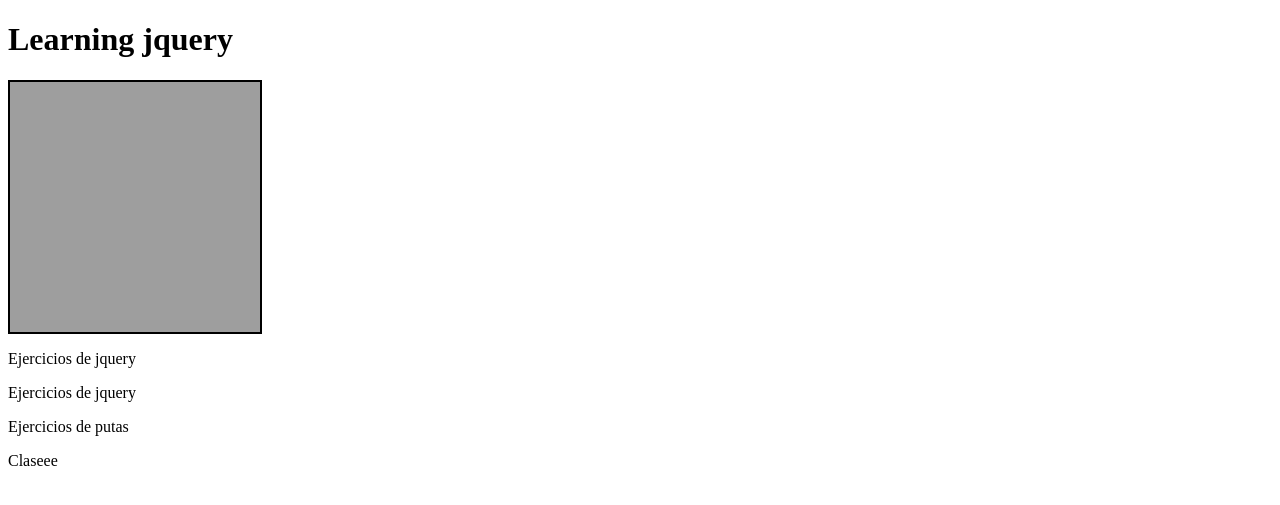
Repository: gitmadacode/practica_javascript
Page: Inicio/jquery/eventos.html
The author's editor kept a copy of each file at every save. The page is drawn from the files as they stood at one save, then again after the next save.
The browser window is 1280 px wide. The pictures show the whole page.
Pictures or frames that could not be fetched are drawn as grey boxes.

Above is the page before, as saved 2019-09-13 20:39:14.

After the next save:
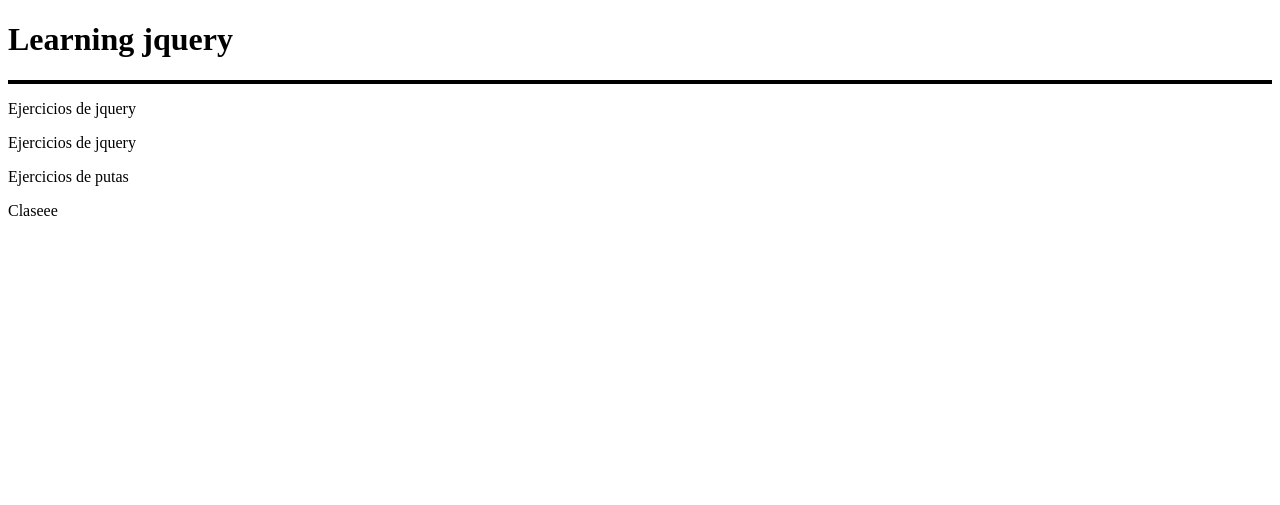
Saved 18 s later.
--- a/Inicio/jquery/eventos.html
+++ b/Inicio/jquery/eventos.html
@@ -9,8 +9,7 @@
     <script type="text/javascript" src="../js/eventos.js"></script>
     <style>
     #caja{
-        width: 250px;
-        height: 250px;
+
         border: 2px solid black;
         background: lightblue url("https://i.ytimg.com/vi/Zb9RC1PZ0iA/maxresdefault.jpg") center;
 
